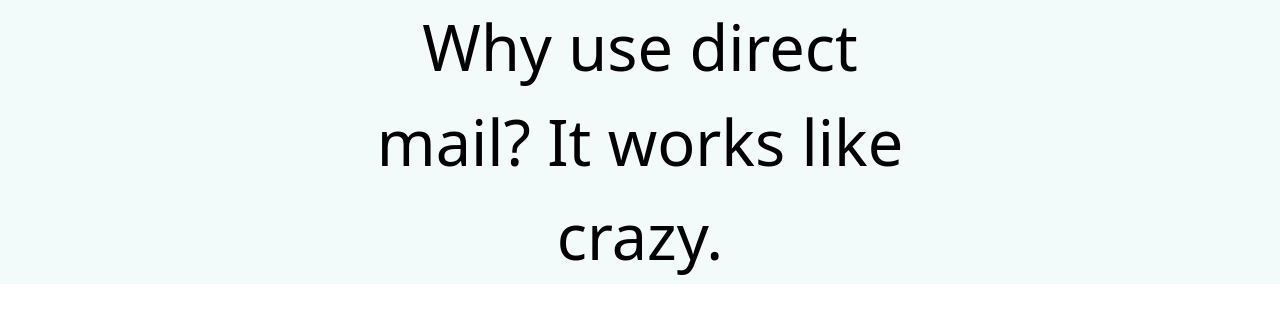
Repository: trusha97/postpilot
Page: mailsende.html
An editor plug-in stored every save of this project. The page is shown before and after the next save, followed by the edit.
The browser window is 1280 px wide. The pictures show the whole page.
Some web libraries are served in a nearby version.

Above is the page before, as saved 2025-05-21 11:32:19.

After the next save:
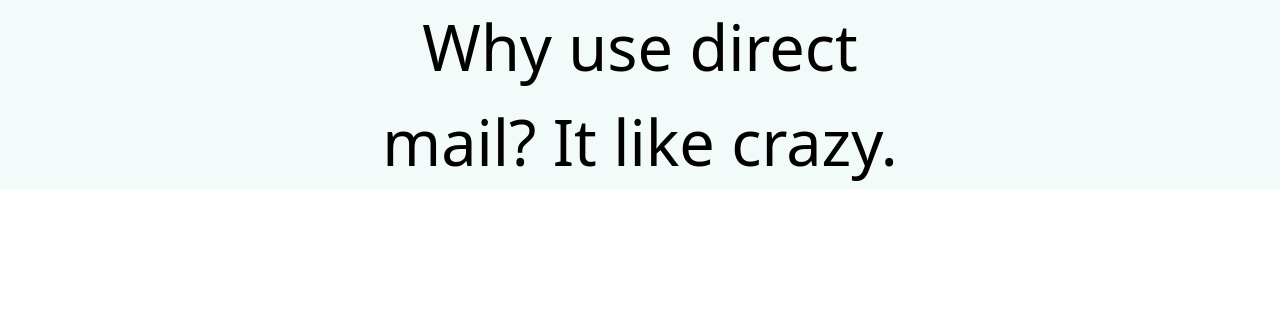
Saved 5 s later.
--- a/mailsende.html
+++ b/mailsende.html
@@ -13,7 +13,7 @@
     <div class="bg-[#F3FAFA]">
         <div>
             <p class="text-[63px] max-w-[585px] text-center mx-auto">Why use direct mail?
-                It <span></span> works like crazy.</p>
+                It <span></span>  like crazy.</p>
         </div>
     </div>
 </body>
